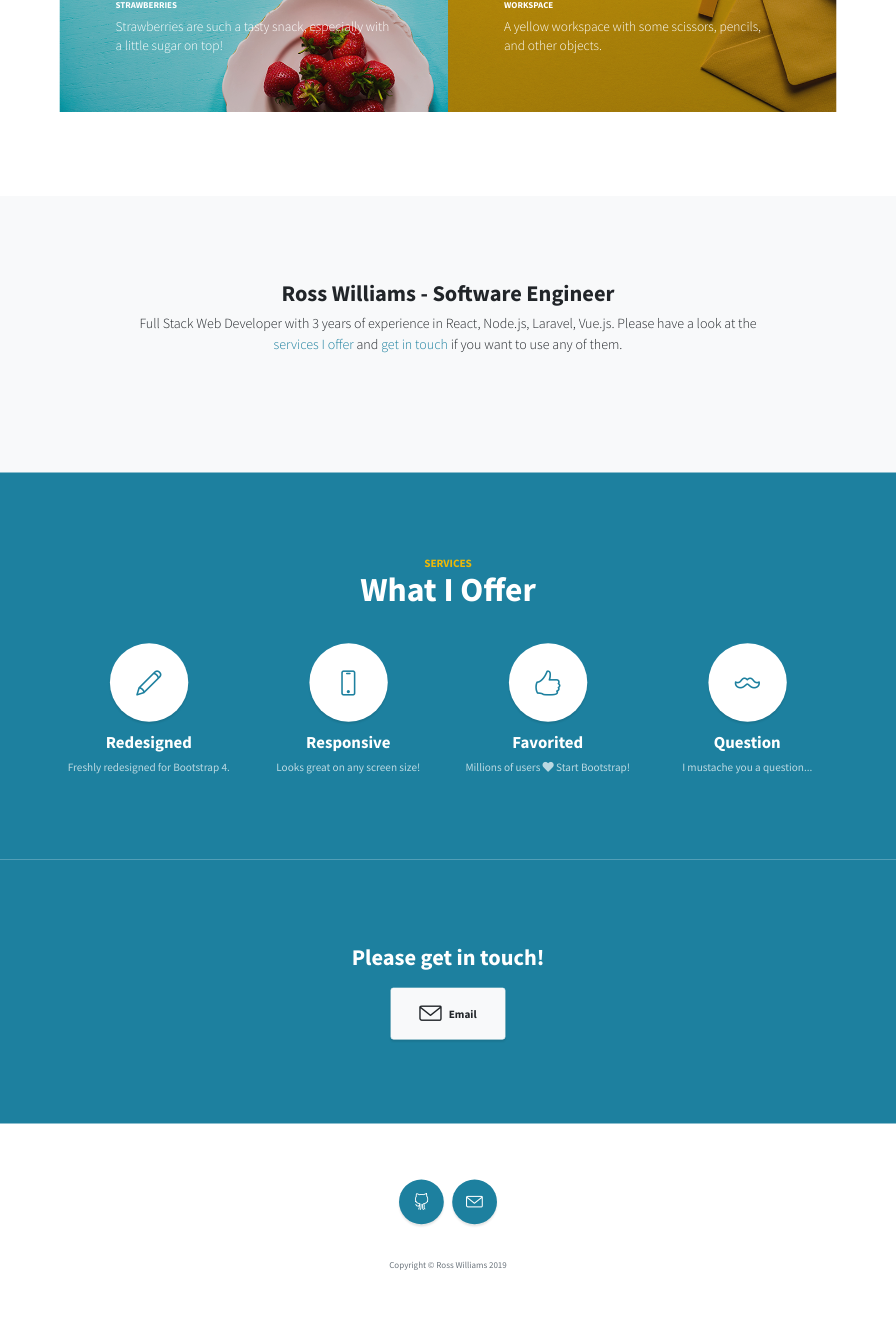
Repository: Williams94/Williams94.github.io
Page: index.html
An editor plug-in stored every save of this project. The page is shown before and after the next save, followed by the edit.
The browser window is 1280 px wide. The pictures show the part of the page from y = 1600 to 3520 px (the page is 3496 px tall before and 3520 px after), at 70% of full size.
A picture or video elsewhere on the page could not be fetched, so the positions and the page height are approximate.

Above is the page before, as saved 2019-07-06 13:58:42.

### index.html
<!DOCTYPE html>
<html lang="en">

<head>

  <meta charset="utf-8">
  <meta name="viewport" content="width=device-width, initial-scale=1, shrink-to-fit=no">
  <meta name="description" content="">
  <meta name="author" content="">

  <title>Stylish Portfolio - Start Bootstrap Template</title>

  <!-- Bootstrap Core CSS -->
  <link href="vendor/bootstrap/css/bootstrap.min.css" rel="stylesheet">

  <!-- Custom Fonts -->
  <link href="vendor/fontawesome-free/css/all.min.css" rel="stylesheet" type="text/css">
  <link href="https://fonts.googleapis.com/css?family=Source+Sans+Pro:300,400,700,300italic,400italic,700italic"
    rel="stylesheet" type="text/css">
  <link href="vendor/simple-line-icons/css/simple-line-icons.css" rel="stylesheet">

  <!-- Custom CSS -->
  <link href="css/stylish-portfolio.css" rel="stylesheet">
  <link href="css/custom.css" rel="stylesheet">
  <!-- <link href="css/new-age.min.css" rel="stylesheet"> -->

</head>

<body id="page-top">

  <!-- Navigation -->
  <nav class="navbar navbar-expand-lg navbar-light fixed-top" id="mainNav">
    <div class="container">
      <a class="navbar-brand js-scroll-trigger" href="#page-top">Ross Williams</a>
      <button class="navbar-toggler navbar-toggler-right" type="button" data-toggle="collapse"
        data-target="#navbarResponsive" aria-controls="navbarResponsive" aria-expanded="false"
        aria-label="Toggle navigation">
        Menu
        <i class="fas fa-bars"></i>
      </button>
      <div class="collapse navbar-collapse" id="navbarResponsive">
        <ul class="navbar-nav ml-auto">
          <li class="nav-item">
            <a class="nav-link js-scroll-trigger" href="#about">About</a>
          </li>
          <li class="nav-item">
            <a class="nav-link js-scroll-trigger" href="#portfolio">Portfolio</a>
          </li>
          <li class="nav-item">
            <a class="nav-link js-scroll-trigger" href="#services">Services</a>
          </li>
          <li class="nav-item">
            <a class="nav-link js-scroll-trigger" href="#contact">Contact</a>
          </li>
        </ul>
      </div>
    </div>
  </nav>

  <!-- Header -->
  <header class="masthead">
    <div class="container h-100">
      <div class="row h-100">
        <div class="col-lg-7 my-auto">
          <div class="header-content mx-auto">
            <h1 class="mb-5">Welcome, please take a look at my previous projects and the services I offer.</h1>
          </div>
        </div>
        <div class="col-lg-5 my-auto">
          <div class="device-container">
            <div class="device-mockup iphone6_plus portrait white">
              <div class="device">
                <div class="screen">
                  <!-- Demo image for screen mockup, you can put an image here, some HTML, an animation, video, or anything else! -->
                  <img src="img/demo-screen-1.jpg" class="img-fluid" alt="">
                </div>
                <div class="button">
                  <!-- You can hook the "home button" to some JavaScript events or just remove it -->
                </div>
              </div>
            </div>
          </div>
        </div>
      </div>
    </div>
  </header>

  <!-- Portfolio -->
  <section class="content-section" id="portfolio">
    <div class="container">
      <div class="content-section-heading text-center">
        <h3 class="text-secondary mb-0">Portfolio</h3>
        <h2 class="mb-5">Recent Projects</h2>
      </div>
      <div class="row no-gutters">
        <div class="col-lg-6">
          <a class="portfolio-item" href="#">
            <span class="caption">
              <span class="caption-content">
                <h2>Stationary</h2>
                <p class="mb-0">A yellow pencil with envelopes on a clean, blue backdrop!</p>
              </span>
            </span>
            <img class="img-fluid" src="img/portfolio-1.jpg" alt="">
          </a>
        </div>
        <div class="col-lg-6">
          <a class="portfolio-item" href="#">
            <span class="caption">
              <span class="caption-content">
                <h2>Ice Cream</h2>
                <p class="mb-0">A dark blue background with a colored pencil, a clip, and a tiny ice cream cone!</p>
              </span>
            </span>
            <img class="img-fluid" src="img/portfolio-2.jpg" alt="">
          </a>
        </div>
        <div class="col-lg-6">
          <a class="portfolio-item" href="#">
            <span class="caption">
              <span class="caption-content">
                <h2>Strawberries</h2>
                <p class="mb-0">Strawberries are such a tasty snack, especially with a little sugar on top!</p>
              </span>
            </span>
            <img class="img-fluid" src="img/portfolio-3.jpg" alt="">
          </a>
        </div>
        <div class="col-lg-6">
          <a class="portfolio-item" href="#">
            <span class="caption">
              <span class="caption-content">
                <h2>Workspace</h2>
                <p class="mb-0">A yellow workspace with some scissors, pencils, and other objects.</p>
              </span>
            </span>
            <img class="img-fluid" src="img/portfolio-4.jpg" alt="">
          </a>
        </div>
      </div>
    </div>
  </section>

  <!-- About -->
  <section class="content-section bg-light" id="about">
    <div class="container text-center">
      <div class="row">
        <div class="col-lg-10 mx-auto">
          <h2>Ross Williams - Software Engineer</h2>
          <p class="lead mb-5">Full Stack Web Developer with 3 years of experience in React, Node.js, Laravel, Vue.js.
            Please have a look at the <a href="#services">services I offer</a> and <a href="#contact">get in touch</a>
            if you want to use any of them.
          </p>
        </div>
      </div>
    </div>
  </section>

  <!-- Services -->
  <section class="content-section bg-primary text-white text-center" id="services">
    <div class="container">
      <div class="content-section-heading">
        <h3 class="text-secondary mb-0">Services</h3>
        <h2 class="mb-5">What I Offer</h2>
      </div>
      <div class="row">
        <div class="col-lg-3 col-md-6 mb-5 mb-lg-0">
          <span class="service-icon rounded-circle mx-auto mb-3">
            <i class="icon-pencil"></i>
          </span>
          <h4>
            <strong>Redesigned</strong>
          </h4>
          <p class="text-faded mb-0">Freshly redesigned for Bootstrap 4.</p>
        </div>
        <div class="col-lg-3 col-md-6 mb-5 mb-lg-0">
          <span class="service-icon rounded-circle mx-auto mb-3">
            <i class="icon-screen-smartphone"></i>
          </span>
          <h4>
            <strong>Responsive</strong>
          </h4>
          <p class="text-faded mb-0">Looks great on any screen size!</p>
        </div>
        <div class="col-lg-3 col-md-6 mb-5 mb-md-0">
          <span class="service-icon rounded-circle mx-auto mb-3">
            <i class="icon-like"></i>
          </span>
          <h4>
            <strong>Favorited</strong>
          </h4>
          <p class="text-faded mb-0">Millions of users
            <i class="fas fa-heart"></i>
            Start Bootstrap!</p>
        </div>
        <div class="col-lg-3 col-md-6">
          <span class="service-icon rounded-circle mx-auto mb-3">
            <i class="icon-mustache"></i>
          </span>
          <h4>
            <strong>Question</strong>
          </h4>
          <p class="text-faded mb-0">I mustache you a question...</p>
        </div>
      </div>
    </div>
  </section>

  <!-- Call to Action -->
  <section class="content-section bg-primary text-white">
    <div class="container text-center">
      <h2 class="mb-4">Please get in touch!</h2>
      <a href="mailto:r.b.williams94@gmail.com" class="btn btn-xl btn-light">
        <div class="email-me-button-container">
          <i class="icon-envelope icon-envelope-button"></i>Email
        </div>
      </a>
    </div>
  </section>

  <!-- Map -->
  <!-- <section id="contact" class="map">
    <iframe width="100%" height="100%" frameborder="0" scrolling="no" marginheight="0" marginwidth="0"
      src="https://maps.google.com/maps?f=q&amp;source=s_q&amp;hl=en&amp;geocode=&amp;q=Twitter,+Inc.,+Market+Street,+San+Francisco,+CA&amp;aq=0&amp;oq=twitter&amp;sll=28.659344,-81.187888&amp;sspn=0.128789,0.264187&amp;ie=UTF8&amp;hq=Twitter,+Inc.,+Market+Street,+San+Francisco,+CA&amp;t=m&amp;z=15&amp;iwloc=A&amp;output=embed"></iframe>
    <br />
    <small>
      <a
        href="https://maps.google.com/maps?f=q&amp;source=embed&amp;hl=en&amp;geocode=&amp;q=Twitter,+Inc.,+Market+Street,+San+Francisco,+CA&amp;aq=0&amp;oq=twitter&amp;sll=28.659344,-81.187888&amp;sspn=0.128789,0.264187&amp;ie=UTF8&amp;hq=Twitter,+Inc.,+Market+Street,+San+Francisco,+CA&amp;t=m&amp;z=15&amp;iwloc=A"></a>
    </small>
  </section> -->

  <!-- Footer -->
  <footer class="footer text-center">
    <div class="container">
      <ul class="list-inline mb-5">
        <li class="list-inline-item">
          <a class="social-link rounded-circle text-white" href="https://github.com/Williams94">
            <i class="icon-social-github"></i>
          </a>
        </li>
        <li class="list-inline-item">
          <a class="social-link rounded-circle text-white" href="mailto:r.b.williams94@gmail.com">
            <i class="icon-envelope"></i>
          </a>
        </li>
      </ul>
      <p class="text-muted small mb-0">Copyright &copy; Ross Williams 2019</p>
    </div>
  </footer>

  <!-- Scroll to Top Button-->
  <a class="scroll-to-top rounded js-scroll-trigger" href="#page-top">
    <i class="fas fa-angle-up"></i>
  </a>

  <!-- Bootstrap core JavaScript -->
  <script src="vendor/jquery/jquery.min.js"></script>
  <script src="vendor/bootstrap/js/bootstrap.bundle.min.js"></script>

  <!-- Plugin JavaScript -->
  <script src="vendor/jquery-easing/jquery.easing.min.js"></script>

  <!-- Custom scripts for this template -->
  <script src="js/stylish-portfolio.min.js"></script>

</body>

</html>

### css/stylish-portfolio.css
/*!
 * Start Bootstrap - Stylish Portfolio v5.0.6 (https://startbootstrap.com/template-overviews/stylish-portfolio)
 * Copyright 2013-2019 Start Bootstrap
 * Licensed under MIT (https://github.com/BlackrockDigital/startbootstrap-stylish-portfolio/blob/master/LICENSE)
 */

body,
html {
  width: 100%;
  height: 100%;
}

body {
  font-family: "Source Sans Pro";
}

.btn-xl {
  padding: 1.25rem 2.5rem;
}

.content-section {
  padding-top: 7.5rem;
  padding-bottom: 7.5rem;
}

.content-section-heading h2 {
  font-size: 3rem;
}

.content-section-heading h3 {
  font-size: 1rem;
  text-transform: uppercase;
}

h1,
h2,
h3,
h4,
h5,
h6 {
  font-weight: 700;
}

.text-faded {
  color: rgba(255, 255, 255, 0.7);
}

/* Map */
.map {
  height: 30rem;
}

@media (max-width: 992px) {
  .map {
    height: 75%;
  }
}

.map iframe {
  pointer-events: none;
}

.scroll-to-top {
  position: fixed;
  right: 15px;
  bottom: 15px;
  display: none;
  width: 50px;
  height: 50px;
  text-align: center;
  color: white;
  background: rgba(52, 58, 64, 0.5);
  line-height: 45px;
}

.scroll-to-top:focus,
.scroll-to-top:hover {
  color: white;
}

.scroll-to-top:hover {
  background: #343a40;
}

.scroll-to-top i {
  font-weight: 800;
}

.masthead {
  min-height: 30rem;
  position: relative;
  display: table;
  width: 100%;
  height: auto;
  padding-top: 8rem;
  padding-bottom: 8rem;
  background: -webkit-gradient(
      linear,
      left top,
      right top,
      from(rgba(255, 255, 255, 0.1)),
      to(rgba(255, 255, 255, 0.1))
    ),
    url("../img/bg-masthead.jpg");
  background: linear-gradient(
      90deg,
      rgba(255, 255, 255, 0.1) 0%,
      rgba(255, 255, 255, 0.1) 100%
    ),
    url("../img/bg-masthead.jpg");
  background-position: center center;
  background-repeat: no-repeat;
  background-size: cover;
}

.masthead h1 {
  font-size: 4rem;
  margin: 0;
  padding: 0;
}

@media (min-width: 992px) {
  .masthead {
    height: 100vh;
  }
  .masthead h1 {
    font-size: 5.5rem;
  }
}

/* Side Menu */
#sidebar-wrapper {
  position: fixed;
  z-index: 2;
  right: 0;
  width: 250px;
  height: 100%;
  -webkit-transition: all 0.4s ease 0s;
  transition: all 0.4s ease 0s;
  -webkit-transform: translateX(250px);
  transform: translateX(250px);
  background: #1d809f;
  border-left: 1px solid rgba(255, 255, 255, 0.1);
}

.sidebar-nav {
  position: absolute;
  top: 0;
  width: 250px;
  margin: 0;
  padding: 0;
  list-style: none;
}

.sidebar-nav li.sidebar-nav-item a {
  display: block;
  text-decoration: none;
  color: #fff;
  padding: 15px;
}

.sidebar-nav li a:hover {
  text-decoration: none;
  color: #fff;
  background: rgba(255, 255, 255, 0.2);
}

.sidebar-nav li a:active,
.sidebar-nav li a:focus {
  text-decoration: none;
}

.sidebar-nav > .sidebar-brand {
  font-size: 1.2rem;
  background: rgba(52, 58, 64, 0.1);
  height: 80px;
  line-height: 50px;
  padding-top: 15px;
  padding-bottom: 15px;
  padding-left: 15px;
}

.sidebar-nav > .sidebar-brand a {
  color: #fff;
}

.sidebar-nav > .sidebar-brand a:hover {
  color: #fff;
  background: none;
}

#sidebar-wrapper.active {
  right: 250px;
  width: 250px;
  -webkit-transition: all 0.4s ease 0s;
  transition: all 0.4s ease 0s;
}

.menu-toggle {
  position: fixed;
  right: 15px;
  top: 15px;
  width: 50px;
  height: 50px;
  text-align: center;
  color: #fff;
  background: rgba(52, 58, 64, 0.5);
  line-height: 50px;
  z-index: 999;
}

.menu-toggle:focus,
.menu-toggle:hover {
  color: #fff;
}

.menu-toggle:hover {
  background: #343a40;
}

.service-icon {
  background-color: #fff;
  color: #1d809f;
  height: 7rem;
  width: 7rem;
  display: block;
  line-height: 7.5rem;
  font-size: 2.25rem;
  -webkit-box-shadow: 0 3px 3px 0 rgba(0, 0, 0, 0.1);
  box-shadow: 0 3px 3px 0 rgba(0, 0, 0, 0.1);
}

.callout {
  padding: 15rem 0;
  background: -webkit-gradient(
      linear,
      left top,
      right top,
      from(rgba(255, 255, 255, 0.1)),
      to(rgba(255, 255, 255, 0.1))
    ),
    url("../img/bg-callout.jpg");
  background: linear-gradient(
      90deg,
      rgba(255, 255, 255, 0.1) 0%,
      rgba(255, 255, 255, 0.1) 100%
    ),
    url("../img/bg-callout.jpg");
  background-position: center center;
  background-repeat: no-repeat;
  background-size: cover;
}

.callout h2 {
  font-size: 3.5rem;
  font-weight: 700;
  display: block;
  max-width: 30rem;
}

.portfolio-item {
  display: block;
  position: relative;
  overflow: hidden;
  max-width: 530px;
  margin: auto auto 1rem;
}

.portfolio-item .caption {
  display: -webkit-box;
  display: -ms-flexbox;
  display: flex;
  height: 100%;
  width: 100%;
  background-color: rgba(33, 37, 41, 0.2);
  position: absolute;
  top: 0;
  bottom: 0;
  z-index: 1;
}

.portfolio-item .caption .caption-content {
  color: #fff;
  margin: auto 2rem 2rem;
}

.portfolio-item .caption .caption-content h2 {
  font-size: 0.8rem;
  text-transform: uppercase;
}

.portfolio-item .caption .caption-content p {
  font-weight: 300;
  font-size: 1.2rem;
}

@media (min-width: 992px) {
  .portfolio-item {
    max-width: none;
    margin: 0;
  }
  .portfolio-item .caption {
    -webkit-transition: -webkit-clip-path 0.25s ease-out, background-color 0.7s;
    -webkit-clip-path: inset(0px);
    clip-path: inset(0px);
  }
  .portfolio-item .caption .caption-content {
    -webkit-transition: opacity 0.25s;
    transition: opacity 0.25s;
    margin-left: 5rem;
    margin-right: 5rem;
    margin-bottom: 5rem;
  }
  .portfolio-item img {
    -webkit-transition: -webkit-clip-path 0.25s ease-out;
    -webkit-clip-path: inset(-1px);
    clip-path: inset(-1px);
  }
  .portfolio-item:hover img {
    -webkit-clip-path: inset(2rem);
    clip-path: inset(2rem);
  }
  .portfolio-item:hover .caption {
    background-color: rgba(29, 128, 159, 0.9);
    -webkit-clip-path: inset(2rem);
    clip-path: inset(2rem);
  }
}

footer.footer {
  padding-top: 5rem;
  padding-bottom: 5rem;
}

footer.footer .social-link {
  display: block;
  height: 4rem;
  width: 4rem;
  line-height: 4.3rem;
  font-size: 1.5rem;
  background-color: #1d809f;
  -webkit-transition: background-color 0.15s ease-in-out;
  transition: background-color 0.15s ease-in-out;
  -webkit-box-shadow: 0 3px 3px 0 rgba(0, 0, 0, 0.1);
  box-shadow: 0 3px 3px 0 rgba(0, 0, 0, 0.1);
}

footer.footer .social-link:hover {
  background-color: #155d74;
  text-decoration: none;
}

a {
  color: #1d809f;
}

a:hover,
a:focus,
a:active {
  color: #155d74;
}

.btn-primary {
  background-color: #1d809f !important;
  border-color: #1d809f !important;
  color: #fff !important;
}

.btn-primary:hover,
.btn-primary:focus,
.btn-primary:active {
  background-color: #155d74 !important;
  border-color: #155d74 !important;
}

.btn-secondary {
  background-color: #ecb807 !important;
  border-color: #ecb807 !important;
  color: #fff !important;
}

.btn-secondary:hover,
.btn-secondary:focus,
.btn-secondary:active {
  background-color: #ba9106 !important;
  border-color: #ba9106 !important;
}

.btn-dark {
  color: #fff !important;
}

.btn {
  -webkit-box-shadow: 0px 3px 3px 0px rgba(0, 0, 0, 0.1);
  box-shadow: 0px 3px 3px 0px rgba(0, 0, 0, 0.1);
  font-weight: 700;
}

.bg-primary {
  background-color: #1d809f !important;
}

.text-primary {
  color: #1d809f !important;
}

.text-secondary {
  color: #ecb807 !important;
}

#mainNav {
  border-color: rgba(34, 34, 34, 0.05);
  background-color: white;
  -webkit-transition: all 0.35s;
  transition: all 0.35s;
  font-family: "Catamaran", "Helvetica", "Arial", "sans-serif";
  font-weight: 200;
  letter-spacing: 1px;
}

#mainNav .navbar-brand {
  color: #fdcc52;
  font-family: "Catamaran", "Helvetica", "Arial", "sans-serif";
  font-weight: 200;
  letter-spacing: 1px;
}

#mainNav .navbar-brand:hover,
#mainNav .navbar-brand:focus {
  color: #fcbd20;
}

#mainNav .navbar-toggler {
  font-size: 12px;
  padding: 8px 10px;
  color: #222222;
}

#mainNav .navbar-nav > li > a {
  font-size: 11px;
  font-family: "Lato", "Helvetica", "Arial", "sans-serif";
  letter-spacing: 2px;
  text-transform: uppercase;
}

#mainNav .navbar-nav > li > a.active {
  color: #fdcc52 !important;
  background-color: transparent;
}

#mainNav .navbar-nav > li > a.active:hover {
  background-color: transparent;
}

#mainNav .navbar-nav > li > a,
#mainNav .navbar-nav > li > a:focus {
  color: #222222;
}

#mainNav .navbar-nav > li > a:hover,
#mainNav .navbar-nav > li > a:focus:hover {
  color: #fdcc52;
}

@media (min-width: 992px) {
  #mainNav {
    border-color: transparent;
    background-color: transparent;
  }
  #mainNav .navbar-brand {
    color: fade(white, 70%);
  }
  #mainNav .navbar-brand:hover,
  #mainNav .navbar-brand:focus {
    color: white;
  }
  #mainNav .navbar-nav > li > a,
  #mainNav .navbar-nav > li > a:focus {
    color: rgba(255, 255, 255, 0.7);
  }
  #mainNav .navbar-nav > li > a:hover,
  #mainNav .navbar-nav > li > a:focus:hover {
    color: white;
  }
  #mainNav.navbar-shrink {
    border-color: rgba(34, 34, 34, 0.1);
    background-color: white;
  }
  #mainNav.navbar-shrink .navbar-brand {
    color: #222222;
  }
  #mainNav.navbar-shrink .navbar-brand:hover,
  #mainNav.navbar-shrink .navbar-brand:focus {
    color: #fdcc52;
  }
  #mainNav.navbar-shrink .navbar-nav > li > a,
  #mainNav.navbar-shrink .navbar-nav > li > a:focus {
    color: #222222;
  }
  #mainNav.navbar-shrink .navbar-nav > li > a:hover,
  #mainNav.navbar-shrink .navbar-nav > li > a:focus:hover {
    color: #fdcc52;
  }
}


header.masthead {
  position: relative;
  width: 100%;
  padding-top: 150px;
  padding-bottom: 100px;
  color: white;
  background: url("../img/bg-pattern.png"), #7b4397;
  background: url("../img/bg-pattern.png"), -webkit-gradient(linear, right top, left top, from(#7b4397), to(#dc2430));
  background: url("../img/bg-pattern.png"), linear-gradient(to left, #7b4397, #dc2430);
}

header.masthead .header-content {
  max-width: 500px;
  margin-bottom: 100px;
  text-align: center;
}

header.masthead .header-content h1 {
  font-size: 30px;
}

header.masthead .device-container {
  max-width: 325px;
  margin-right: auto;
  margin-left: auto;
}

header.masthead .device-container .screen img {
  border-radius: 3px;
}

@media (min-width: 992px) {
  header.masthead {
    height: 100vh;
    min-height: 775px;
    padding-top: 0;
    padding-bottom: 0;
  }
  header.masthead .header-content {
    margin-bottom: 0;
    text-align: left;
  }
  header.masthead .header-content h1 {
    font-size: 50px;
  }
  header.masthead .device-container {
    max-width: 325px;
  }
}

### css/custom.css
.icon-envelope-button {
  font-size: 2rem;
  margin-right: 10px;
}

.email-me-button-container {
  display: flex;
  align-items: center;
}

Loaded but not shown: vendor/bootstrap/css/bootstrap.min.css (library); vendor/fontawesome-free/css/all.min.css (library); vendor/simple-line-icons/css/simple-line-icons.css (library); vendor/jquery/jquery.min.js (library); vendor/bootstrap/js/bootstrap.bundle.min.js (library); vendor/jquery-easing/jquery.easing.min.js (common file); js/stylish-portfolio.min.js (common file)

After the next save:
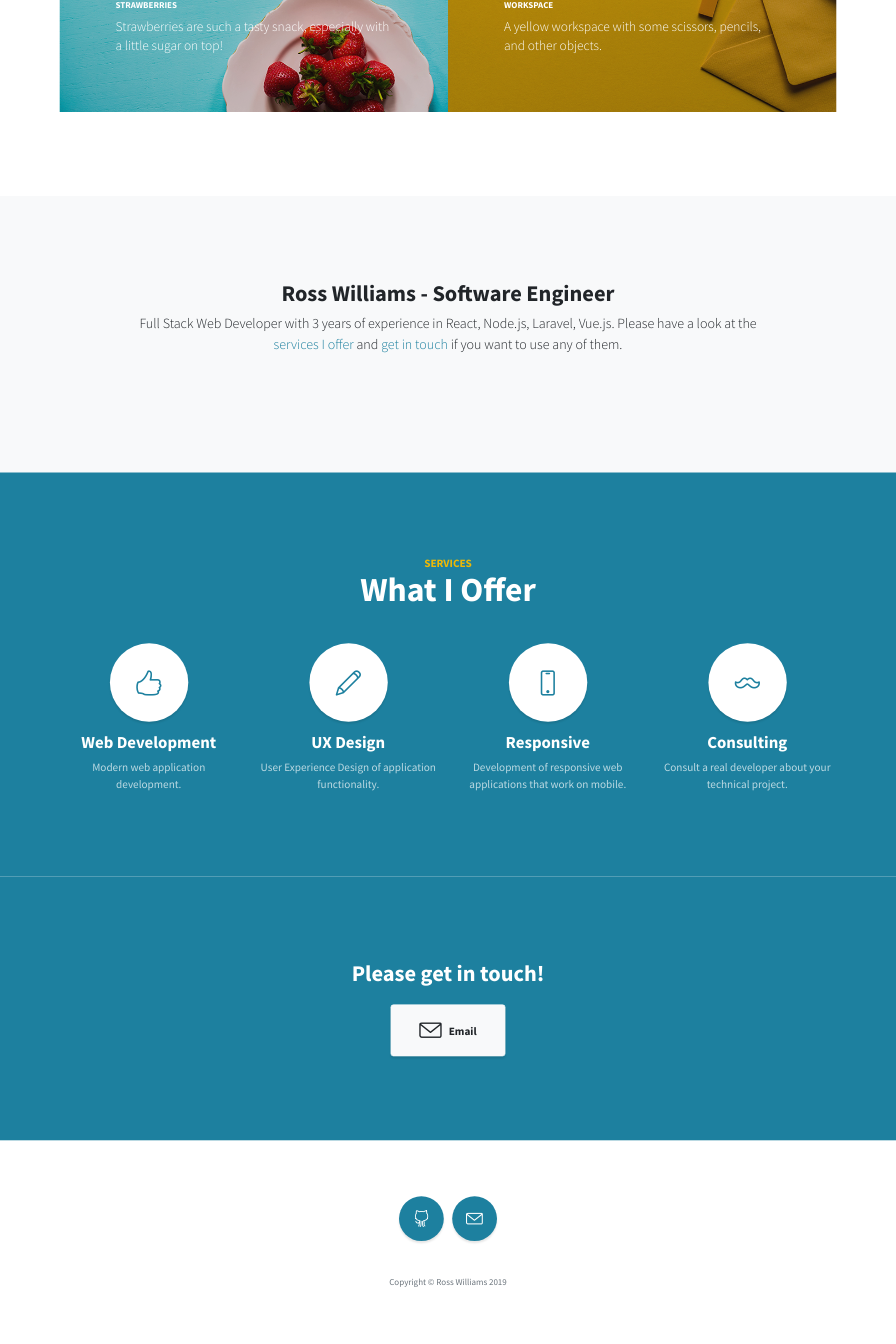
Saved 3 min 54 s later.
--- a/index.html
+++ b/index.html
@@ -164,14 +164,23 @@
         <h2 class="mb-5">What I Offer</h2>
       </div>
       <div class="row">
+        <div class="col-lg-3 col-md-6 mb-5 mb-md-0">
+          <span class="service-icon rounded-circle mx-auto mb-3">
+            <i class="icon-like"></i>
+          </span>
+          <h4>
+            <strong>Web Development</strong>
+          </h4>
+          <p class="text-faded mb-0">Modern web application development.
+        </div>
         <div class="col-lg-3 col-md-6 mb-5 mb-lg-0">
           <span class="service-icon rounded-circle mx-auto mb-3">
             <i class="icon-pencil"></i>
           </span>
           <h4>
-            <strong>Redesigned</strong>
-          </h4>
-          <p class="text-faded mb-0">Freshly redesigned for Bootstrap 4.</p>
+            <strong>UX Design</strong>
+          </h4>
+          <p class="text-faded mb-0">User Experience Design of application functionality.</p>
         </div>
         <div class="col-lg-3 col-md-6 mb-5 mb-lg-0">
           <span class="service-icon rounded-circle mx-auto mb-3">
@@ -180,27 +189,16 @@
           <h4>
             <strong>Responsive</strong>
           </h4>
-          <p class="text-faded mb-0">Looks great on any screen size!</p>
-        </div>
-        <div class="col-lg-3 col-md-6 mb-5 mb-md-0">
-          <span class="service-icon rounded-circle mx-auto mb-3">
-            <i class="icon-like"></i>
-          </span>
-          <h4>
-            <strong>Favorited</strong>
-          </h4>
-          <p class="text-faded mb-0">Millions of users
-            <i class="fas fa-heart"></i>
-            Start Bootstrap!</p>
+          <p class="text-faded mb-0">Development of responsive web applications that work on mobile.</p>
         </div>
         <div class="col-lg-3 col-md-6">
           <span class="service-icon rounded-circle mx-auto mb-3">
             <i class="icon-mustache"></i>
           </span>
           <h4>
-            <strong>Question</strong>
-          </h4>
-          <p class="text-faded mb-0">I mustache you a question...</p>
+            <strong>Consulting</strong>
+          </h4>
+          <p class="text-faded mb-0">Consult a real developer about your technical project.</p>
         </div>
       </div>
     </div>
